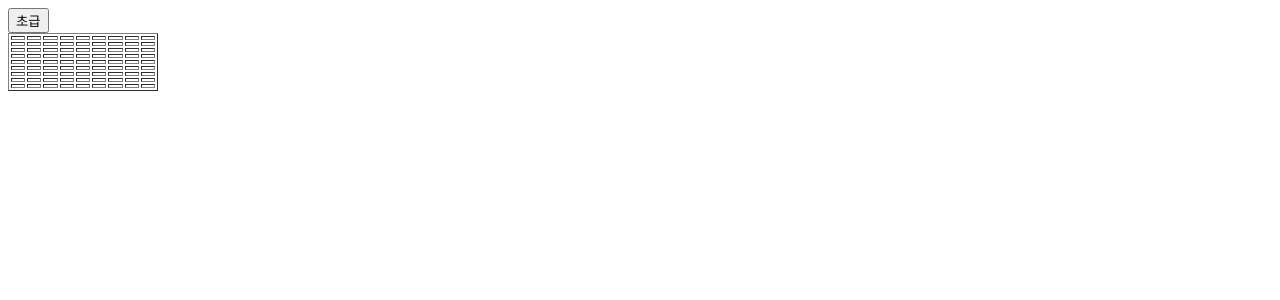
Repository: paul2oh/hellowjava
Page: workspace/javastart_svn/src/javastart/build/classes/my_project01/a01_project1.html
These files come from the project's save history. The page is drawn as it stood at one moment and after the next save; the edit follows.
The browser window is 1280 px wide. The pictures show the whole page.

Above is the page before, as saved 2017-01-04 05:29:09.
Console error (its wording comes from the project's code and is left out).

### workspace/javastart_svn/src/javastart/build/classes/my_project01/a01_project1.html
<!DOCTYPE html>
<html>
<head>
<meta charset="UTF-8">
<title>Insert title here</title>
<script>
#begins {
		margin : 150px;

}
</script>
</head>
<body>
<!--
9*9 지뢰 10개 초급 지뢰찾기
 -->
 <input type="button" value="초급" onclick="beginner"/>
<table id="begins" border=1 width="150px" heigth="150px" >

<tr id="tr1">
	<td></td>
	<td></td>
	<td></td>
	<td></td>
	<td></td>
	<td></td>
	<td></td>
	<td></td>
	<td></td>
</tr>
<tr id="tr2">
	<td></td>
	<td></td>
	<td></td>
	<td></td>
	<td></td>
	<td></td>
	<td></td>
	<td></td>
	<td></td>
</tr>
<tr id="tr3">
	<td></td>
	<td></td>
	<td></td>
	<td></td>
	<td></td>
	<td></td>
	<td></td>
	<td></td>
	<td></td>
</tr>
<tr id="tr4">
	<td></td>
	<td></td>
	<td></td>
	<td></td>
	<td></td>
	<td></td>
	<td></td>
	<td></td>
	<td></td>
</tr>
<tr id="tr5">
	<td></td>
	<td></td>
	<td></td>
	<td></td>
	<td></td>
	<td></td>
	<td></td>
	<td></td>
	<td></td>
</tr>
<tr id="tr6">
	<td></td>
	<td></td>
	<td></td>
	<td></td>
	<td></td>
	<td></td>
	<td></td>
	<td></td>
	<td></td>
</tr>
<tr id="tr7">
	<td></td>
	<td></td>
	<td></td>
	<td></td>
	<td></td>
	<td></td>
	<td></td>
	<td></td>
	<td></td>
</tr>
<tr id="tr8">
	<td></td>
	<td></td>
	<td></td>
	<td></td>
	<td></td>
	<td></td>
	<td></td>
	<td></td>
	<td></td>
</tr>
<tr id="tr9">
	<td></td>
	<td></td>
	<td></td>
	<td></td>
	<td></td>
	<td></td>
	<td></td>
	<td></td>
	<td></td>
</tr>



</table>

</body>
</html>

After the next save:
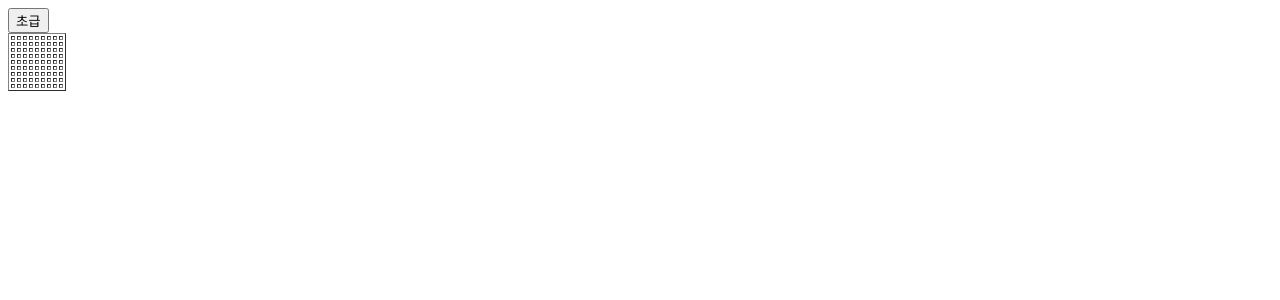
Saved 56 s later.
--- a/workspace/javastart_svn/src/javastart/build/classes/my_project01/a01_project1.html
+++ b/workspace/javastart_svn/src/javastart/build/classes/my_project01/a01_project1.html
@@ -15,7 +15,7 @@
 9*9 지뢰 10개 초급 지뢰찾기
  -->
  <input type="button" value="초급" onclick="beginner"/>
-<table id="begins" border=1 width="150px" heigth="150px" >
+<table id="begins" border=1  >
 
 <tr id="tr1">
 	<td></td>
